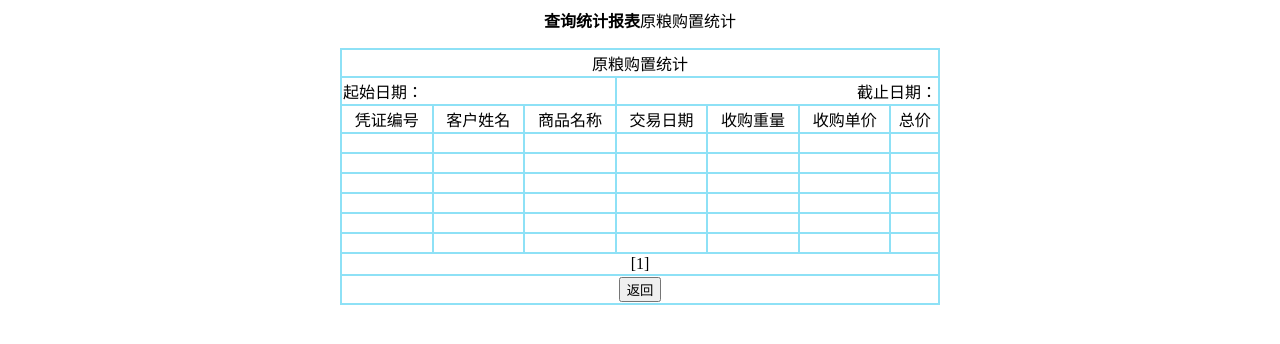
Repository: yuxingyan/OneCrewFlour
Page: http://localhost/Flour/showbuy.jsp
An editor plug-in stored every save of this project. The page is shown before and after the next save, followed by the edit.
The browser window is 1280 px wide. The pictures show the whole page.
The page is served by Tomcat 9. Nobody is signed in. The application's start-up code is not run.

Above is the page before, as saved 2018-01-11 07:14:58.

After the next save:
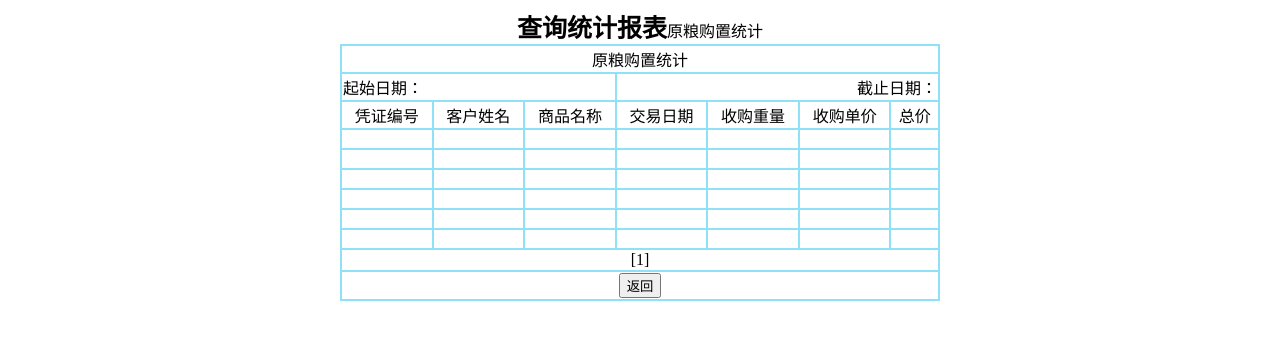
Saved 30 s later.
--- a/Flour/WebRoot/showbuy.jsp
+++ b/Flour/WebRoot/showbuy.jsp
@@ -25,7 +25,7 @@ String basePath = request.getScheme()+"://"+request.getServerName()+":"+request.
   <body>
     <center>
     <form   name="原粮购置统计" action="" method="post">
-    <p><b>查询统计报表</b>原粮购置统计</p>
+    <strong style="font-size:25px">查询统计报表</strong>原粮购置统计
     <table border="1" width="600"  cellspacing="0" bordercolor="#8EE1F6">
 
      <tr height="20px"><td align="center" colspan="8" >原粮购置统计</td></tr>
